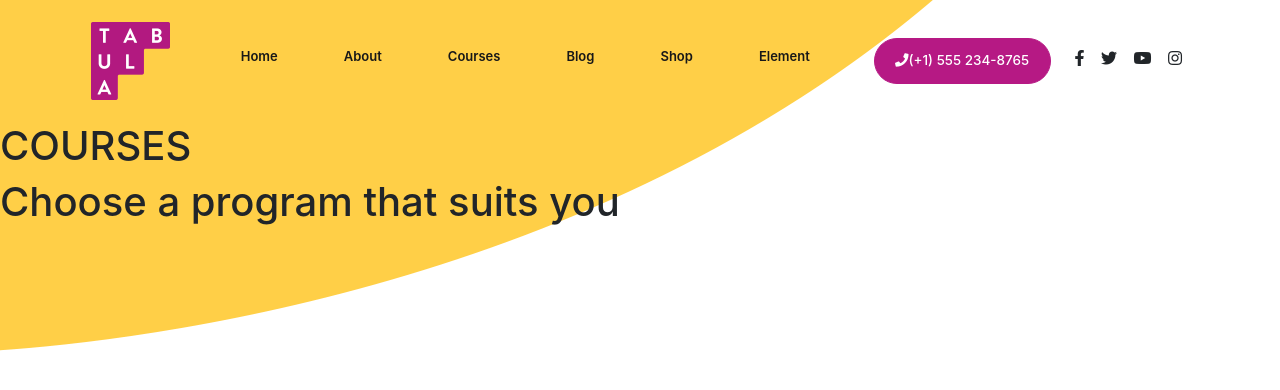
Repository: Khanh1234-glitch/TruongNguyenBaoKhanh_BC22_assignment__tabula
Page: Tabula/index.html
An editor plug-in stored every save of this project. The page is shown before and after the next save, followed by the edit.
The browser window is 1280 px wide. The pictures show the whole page.
The style sheet was rebuilt from its Sass, Less or Tailwind sources for each picture, by a compiler version that may differ from the author's.

Above is the page before, as saved 2022-04-16 09:21:12.

After the next save:
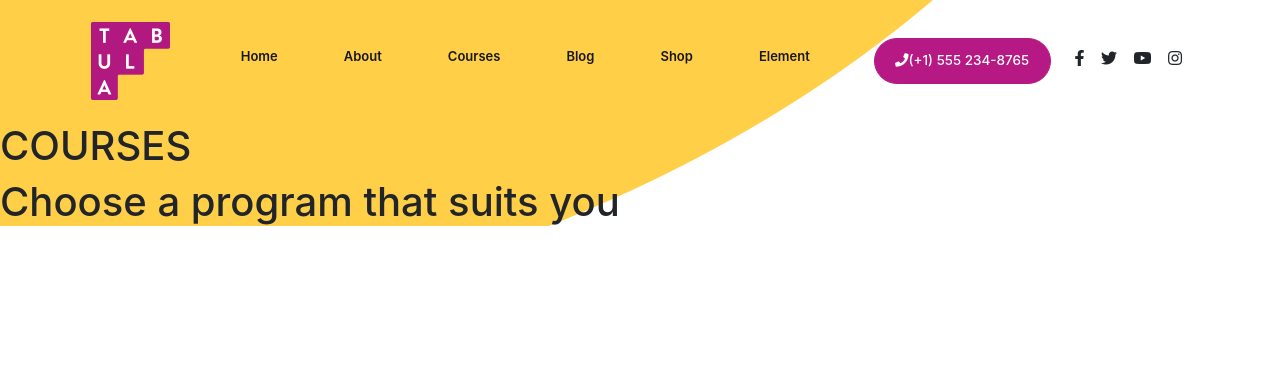
Saved 12 s later.
--- a/Tabula/Sass/Component/_navbar.scss
+++ b/Tabula/Sass/Component/_navbar.scss
@@ -1,7 +1,7 @@
 body {
-    background: url("./../../img/yellow_top_wave_01.png");
-    background-repeat: no-repeat;
     header {
+        background: url("./../../img/yellow_top_wave_01.png");
+        background-repeat: no-repeat;
         .navbar-nav {
             .nav-item {
                 a {
